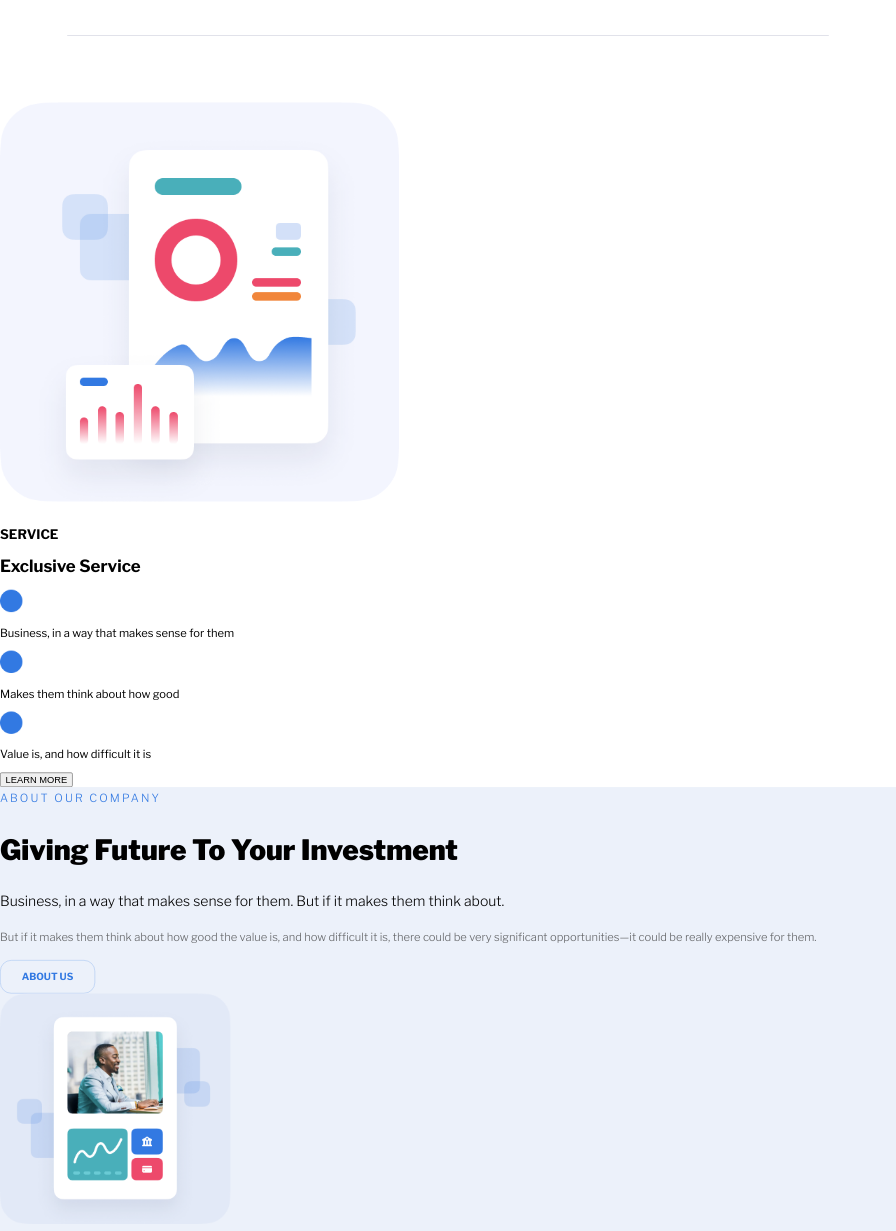
Repository: adryelfelipe/frontend-prova
Page: prova-figma/Prova/index.html
These files come from the project's save history. The page is drawn as it stood at one moment and after the next save; the edit follows.
The browser window is 1280 px wide. The pictures show the part of the page from y = 1539 to 3459 px (the page is 3298 px tall before and 3842 px after), at 70% of full size.

Above is the page before, as saved 2026-06-22 19:01:53.

### prova-figma/Prova/index.html
<!DOCTYPE html>
<html lang="en">
<head>
    <meta charset="UTF-8">
    <meta name="viewport" content="width=device-width, initial-scale=1.0">
    <link rel="stylesheet" href="style/variaveis.css">
    <link rel="stylesheet" href="./style/style.css">
    <title>Document</title>
</head>
<body>
    <header>
        <h2>MNY</h2>

        <nav>
            <p>About</p>
            <p>Features</p>
            <p>Services</p>
            <p>Pricing</p>
            <p>Blog</p>
        </nav>

        <button>CONTACT</button>

        <img src="./assets/icon/hamburguer.svg" alt="">
    </header>
    <main>
        <section class="hero">
            <article class="hero-first-article">
                <h3 class="subtitle-base hero-subtitle">MAKE MONEY</h3>
                <h1 class="title-base hero-title">Grow Your Money Like Never Before</h1>
                <p class="paragraph hero-paragraph">Business, in a way that makes sense for them. But if it makes them think about how good the value.</p>
                <button class="hero-button">GET STARTED</button>
            </article>
            <article class="hero-second-article">
                <!-- <img class src="assets/img/homem-terno.png" alt=""> -->
            </article>
        </section>

        <section class="service">
            <div class="service-container">
                <article class="service-card">
                    <div class="bg-icon-fly">
                        <img src="./assets/icon/icon1-fly-section2.svg" class="icon-fly" alt="">
                    </div>

                    <h3 class="subtitle-tertiary">Strong Security</h3>
                    <p class="paragraph">Way that makes sense for them. But if it makes them think about how good the value is, and how difficult it is.</p>
                </article>

                <article class="service-card">
                    <div class="bg-icon-backpack">
                        <img src="./assets/icon/icon2-backpack-section2.png" class="icon-backpack" alt="">
                    </div>

                    <h3 class="subtitle-tertiary">Creative Solutions</h3>
                    <p class="paragraph">But if it makes them think about how good the value is, and how difficult it is, there could be very significant.</p>
                </article>

                <article class="service-card">
                    <div class="bg-icon-rocket">
                        <img src="./assets/icon/icon3-rocket-section2.png" class="icon-rocket" alt="">
                    </div>

                    <h3 class="subtitle-tertiary">Free Online</h3>
                    <p class="paragraph">Good the value is, and how difficult it is, there could be very significant opportunities.</p>
                </article>
            </div>

            <div class="service-container-line">

            </div>

            <img src="./assets/img/infos-section2.png" class="service-img" alt="">

            <article>
                <h3>SERVICE</h3>
                <h2>Exclusive Service</h2>

                <div>
                    <img src="./assets/icon/bg-icon4-section2.png" alt="">
                    <img src="./assets/icon/correct-icon-section2.png" alt="">
                    <p>Business, in a way that makes sense for them</p>
                </div>

                <div>
                    <img src="./assets/icon/bg-icon4-section2.png" alt="">
                    <img src="./assets/icon/correct-icon-section2.png" alt="">
                    <p>Makes them think about how good</p>
                </div>

                <div>
                    <img src="./assets/icon/bg-icon4-section2.png" alt="">
                    <img src="./assets/icon/correct-icon-section2.png" alt="">
                    <p>Value is, and how difficult it is</p>
                </div>

                <button>LEARN MORE</button>
            </article>
        </section>
        <section class="our-company">
            <article class="">
                <h3 class="subtitle-base company-subtitle">ABOUT OUR COMPANY</h3>
                <h2 class="subtitle-secondary">Giving Future To Your Investment</h2>
                <p class="company-paragraph">Business, in a way that makes sense for them. But if it makes them think about.</p>
                <p class="paragraph company-paragraph-second">But if it makes them think about how good the value is, and how difficult it is, there could be very significant opportunities—it could be really expensive for them.</p>
                <button class="company-button">ABOUT US</button>
            </article>
            <article>
                <img src="assets/img/our-company.png" alt="">
            </article>
        </section>
    </main>
</body>
</html>

### prova-figma/Prova/style/variaveis.css
@import url('https://fonts.googleapis.com/css2?family=Libre+Franklin:ital,wght@0,100..900;1,100..900&display=swap');

:root {
    --primary-color: #FFFFFF;
    --header-icon-border-color: rgba(255, 255, 255, 0.3);
    --bg-color: rgba(50, 121, 226, 1);

    --subtitle: rgba(170, 196, 234, 1);

    --normal-line: rgba(213, 214, 225, 1);

    /*Icons Session 2*/
    --bg-icon-fly: rgba(230, 247, 248, 1);
    --bg-icon-backpack: rgba(252, 237, 240, 1);
    --bg-icon-rocket: rgba(253, 243, 230, 1);

    --icon-fly-color: rgba(73, 175, 186, 1);
    --icon-backpack-color: rgba(237, 73, 107, 1);
    --icon-rocket-colot: rgba(241, 134, 59, 1);
}

.title-base{
    font-family: 'Libre Franklin';
    font-weight: 900;
    font-size: 3.5rem;
    line-height: 64px;
    letter-spacing: -1px;
}

.subtitle-base{
    margin: 0;
    font-family: 'Libre Franklin';
    font-weight: 300;
    font-size: 1rem;
    line-height: 32px;
    letter-spacing: 3px;
    text-transform: uppercase;
}

.subtitle-secondary{
    font-family: 'Libre Franklin';
    font-weight: 900;
    font-size: 2.5rem;
    line-height: 48px;
    letter-spacing: 0px;
}

.subtitle-tertiary{
    font-family: Libre Franklin;
    font-weight: 900;
    font-size: 24px;
    line-height: 32px;
    letter-spacing: 0px;
}

.paragraph{
    font-family: 'Libre Franklin';
    font-weight: 300;
    font-size: 1rem;
    line-height: 32px;
    letter-spacing: 0px;
}

### prova-figma/Prova/style/style.css
body{
    font-family:"Libre Franklin";
    margin: 0px;
}

/* HEADER */
header{
    display: flex;
    justify-content: space-around;
    align-items: center;
    background-color: var(--bg-color);
}

header nav{
    display: none;
}

header button{
    display: none;
}

header img {
    border: solid 1px var(--header-icon-border-color);
    border-radius: 16px;
}

header h2 {
    color: var(--primary-color);
}


/* SECTION HERO */
.hero{
    background: linear-gradient(135deg, #3279E2 0%, #CACAEB 100%);
    margin-bottom: 80px;
}

.hero-first-article{
    width: 98%;                     /*OBSERVAÇÃO IMPORTANTE EM QUESTÃO          DO POSICIONAMENTO E FIDELIDADE AO FIGMA*/
    justify-self: center;           /*O POSICIONAMENTO FOI ALTERADO POIS, EMBORA A TIPOGRAFIA TENHA SIDO COPIADA EXTRITAMENTE SEMLHANTE AO FIGMA OS TAMANHOS E POSICIONAMENTOS DA TELA NA RESOLUÇÃO MÍNIMA INDICADA NÃO DARIAM CERTO*/
}

.hero-subtitle{
    color: var(--subtitle);
}

.hero-title{
    color: var(--primary-color);
}

.hero-paragraph{
    color: rgba(255, 255, 255, 0.5);
}

.hero-button{
    background-color: rgba(17, 17, 17, 1);
    color: var(--primary-color);
    padding: 16px 30px;
    font-family: Libre Franklin;
    font-weight: 700;
    font-size: 14px;
    line-height: 100%;
    letter-spacing: 0px;
    text-align: center;
    text-transform: uppercase;
    border: none;
    border-radius: 16px;
}

/* .hero-second-article{
    width: 405px;
    height: 80%;
}

.image{
    object-fit: cover;

} */

/* SECTION SERVICE */
.service-container {
    display: flex;
    flex-direction: column;
    align-items: center;
    gap: 64px;
}

.service-container-line {
    height: 1px;
    background-color: var(--normal-line);
    width: 85vw;
    justify-self: center;
    margin-top: 80px;
    margin-bottom: 95px;
}

.service-img {
    align-self: center;
    width: ;
}

.service-card {
    display: flex;
    flex-direction: column;
}

.service-card p {
    width: 306px;
}

.bg-icon-fly {
    display: flex;
    justify-content: center;
    align-items: center;
    border-radius: 100px;
    width: 102px;
    height: 102px;
    background-color: var(--bg-icon-fly)
}

.icon-fly {
    height: 2rem;
    width: 3rem;
}

.bg-icon-backpack {
    display: flex;
    justify-content: center;
    align-items: center;
    border-radius: 100px;
    width: 102px;
    height: 102px;
    background-color: var(--bg-icon-backpack)
}

.icon-backpack {
    height: 2,5rem;
    width: 3rem;
}

.bg-icon-rocket {
    display: flex;
    justify-content: center;
    align-items: center;
    border-radius: 100px;
    width: 102px;
    height: 102px;
    background-color: var(--bg-icon-rocket)
}

.icon-rocket {
    height: 3rem;
    width: 3rem;
}

/* SECTION OUR COMPANY */

.our-company{
    background-color: rgba(236, 241, 250, 1);
}

.company-subtitle{
    color: rgba(50, 121, 226, 1);
}

.company-paragraph{
    font-family: Libre Franklin;
    font-weight: 300;
    font-size: 20px;
    line-height: 32px;
    letter-spacing: 0px;
}

.company-button{
    background-color: transparent;
    color: rgba(50, 121, 226, 1);
    padding: 16px 30px;
    font-family: Libre Franklin;
    font-weight: 700;
    font-size: 14px;
    line-height: 100%;
    letter-spacing: 0px;
    text-align: center;
    text-transform: uppercase;
    border: 1px solid rgba(50, 121, 226, 0.3);
    border-radius: 16px;
}

.company-paragraph-second{
    color: rgba(51, 51, 51, 0.75);
}

After the next save:
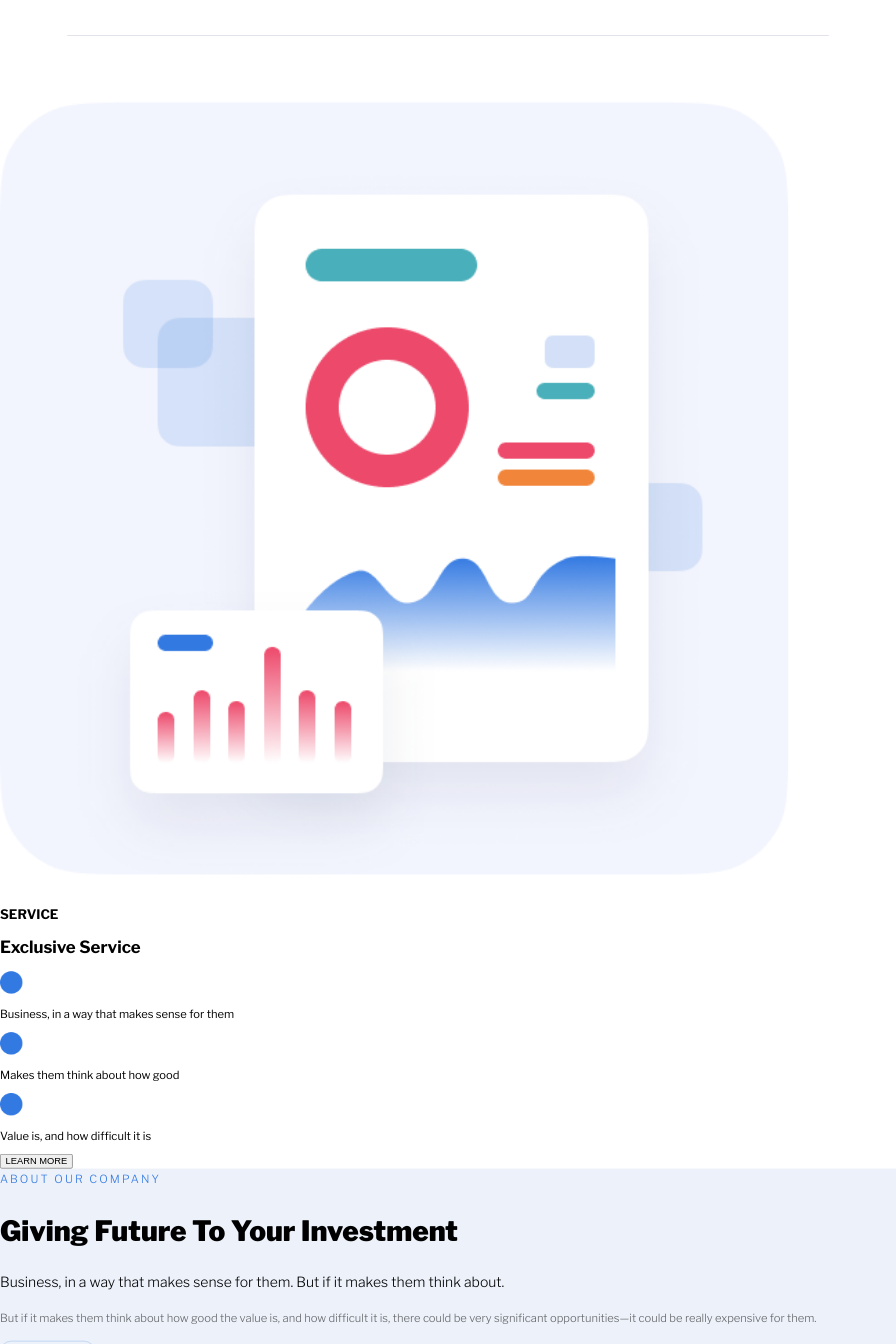
Saved 43 s later.
--- a/prova-figma/Prova/style/style.css
+++ b/prova-figma/Prova/style/style.css
@@ -96,7 +96,8 @@ header h2 {
 
 .service-img {
     align-self: center;
-    width: ;
+    width: 88vw;
+    height: 88vw;
 }
 
 .service-card {
